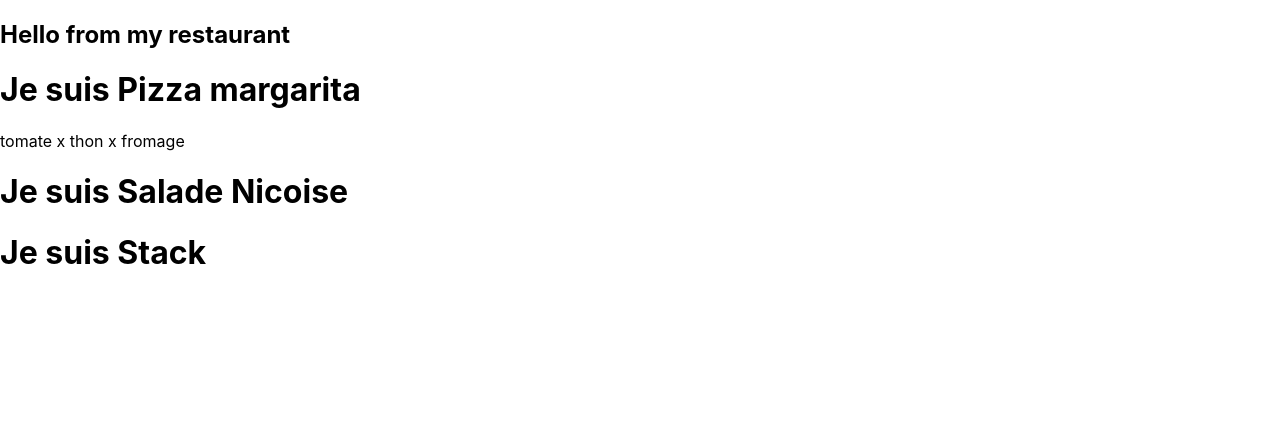
Repository: FS-23/my-restaurant
Page: /
These files come from the project's save history. The page is drawn as it stood at one moment and after the next save; the edit follows.
The browser window is 1280 px wide. The pictures show the whole page.
The project was rebuilt for these pictures with package versions that can differ from the ones it lists, and the page was loaded fresh each time.

Above is the page before, as saved 2022-04-29 12:40:00.

After the next save:
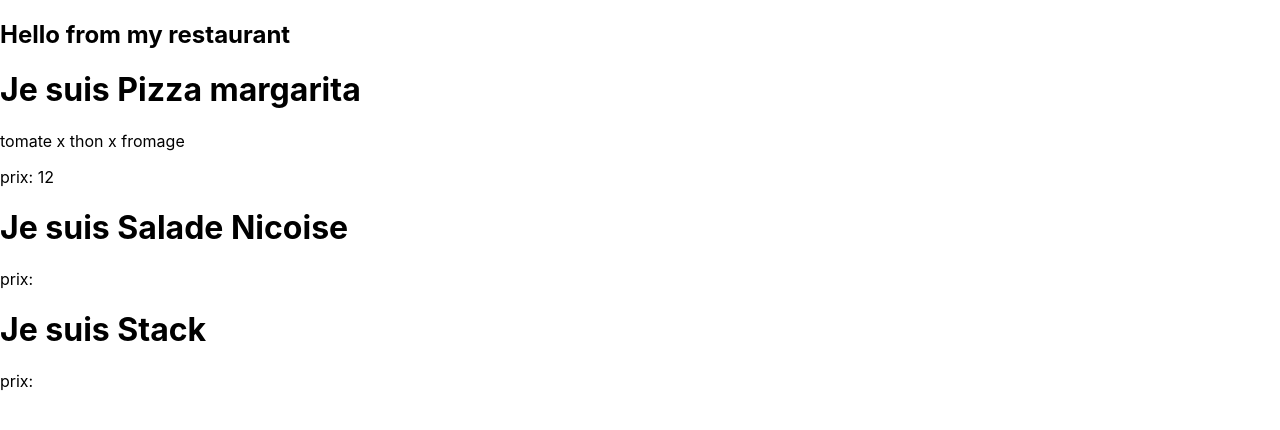
Saved 23 s later.
--- a/src/components/Plat.js
+++ b/src/components/Plat.js
@@ -3,6 +3,9 @@ function Plat (props){
        <>
            <h1>Je suis {props.name} </h1>
            <p>{props.ingredient}</p>
+           <div>
+               prix: {props.price}
+           </div>
        </>
     )
 }
